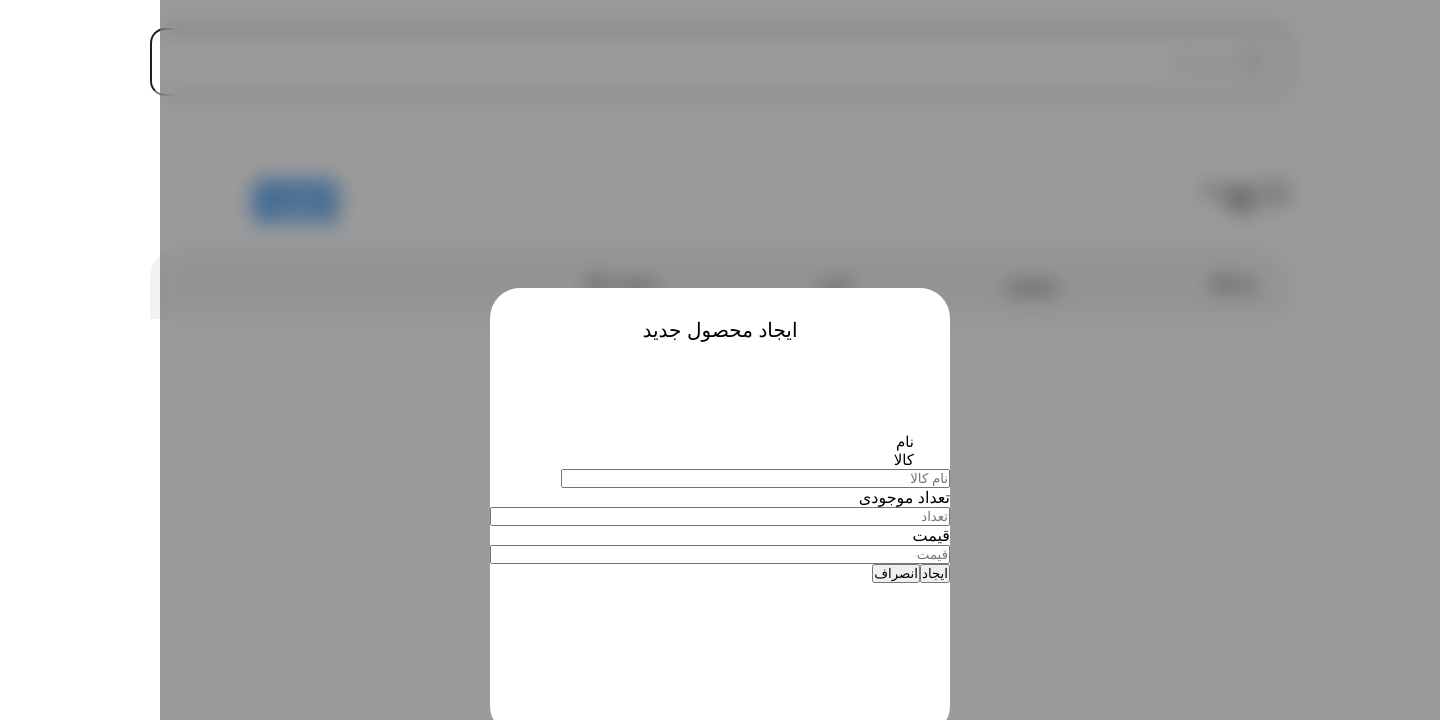
Repository: sobhan-rahimii/project-panel-admin-Next.Js
Page: /dashboard, after clicking the first element matching `button.Dashboard_7644c_addproduct`
These files come from the project's save history. The page is drawn as it stood at one moment and after a run of saves; the edit follows.
The browser window is 1280 px wide. The page is 1440 px wide, so the pictures cover 1440 px, including what lies to the right of the window. The pictures show the whole page.
The page's requests for data from a server got no answer. The project was rebuilt for these pictures with package versions that can differ from the ones it lists, and the page was loaded fresh each time. The framework's server and built-in components were replaced by stand-ins that run in the browser. No one was signed in, and anything a server would have sent is missing. Also part of the build but not shown: next.config.mjs.

Above is the page before, as saved 2025-09-01 15:40:36.

### pages/_app.js
import "@/styles/globals.css";
import { QueryClient, QueryClientProvider, useQueryClient } from "@tanstack/react-query";

export default function App({ Component, pageProps }) {
  const queryclient =  new QueryClient()

  return (
    <QueryClientProvider client={queryclient} >
      <Component {...pageProps} />
    </QueryClientProvider>
  );
}

### pages/_document.js
import { Html, Head, Main, NextScript } from "next/document";

export default function Document() {
  return (
    <Html lang="fa" dir="rtl">
      <Head />
      <body>
        <Main />
        <NextScript />
      </body>
    </Html>
  );
}

### pages/dashboard.js
import { useRouter } from "next/router";
import React, { useState } from "react";
import { useQuery } from "@tanstack/react-query";
import api from "@/services/axios";
import {
  useAddProducts,
  useFetchProducts,
  useSearchProducts,
} from "@/hooks/queries";
import Image from "next/image";
import styles from "../styles/Dashboard.module.css";
import AddProductModal from "@/components/AddProductModal";

function Dashboard() {
  const [search, setSearch] = useState("");
  const [isOpenModal, setIsOpenModal] = useState(false);
  const [form, setForm] = useState({
    name: "",
    price: "",
    quantity: "",
  });

  const { data: products, isLoading: loading } = useSearchProducts(search);
  console.log({ products });

  const { data, isLoading } = useFetchProducts();
  console.log({ data, isLoading });

  const { mutate } = useAddProducts();
  const submitHandler = async (event) => {
    event.preventDefault();

    mutate({
      name: form.name,
      price: form.price,
      quantity: form.quantity,
    });
    setIsOpenModal(false)
  };

  return (
    <>
      <div>
        <input
          placeholder="جستجو کالا"
          className={styles.search}
          type="text"
          value={search}
          onChange={(e) => setSearch(e.target.value)}
        />
        <Image
          className={styles.icon_search}
          src="/search-normal (1).png"
          width={24}
          height={24}
        />
      </div>
      <div className={styles.flex}>
        <Image
          className={styles.icon}
          src="/setting-3.png"
          width={30}
          height={30}
        />
        <h3 className={styles.title}>مدیرت کالا</h3>
        <button
          onClick={() => setIsOpenModal(true)}
          className={styles.addproduct}
        >
          افزودن محصول
        </button>
      </div>
      <div className={styles.createTable}>
        <table className={styles.trr}>
          <tbody>
            <tr>
              <th className={styles.th1}>نام کالا</th>
              <th className={styles.th2}>موجودی</th>
              <th className={styles.th3}>قیمت</th>
              <th className={styles.th4}>شناسه کالا</th>
              <th></th>
            </tr>
          </tbody>
          {(search ? products?.data : data?.data)?.map((p) => (
            <tr className={styles.tr2}>
              <td className={styles.td1}>{p.name}</td>
              <td className={styles.td2}>{p.quantity}</td>
              <td className={styles.td3}>{p.price}</td>
              <td className={styles.td4}>{p.id}</td>
              <div className={styles.flex1}>
                <td>
                  <button className={styles.btnedit}>
                    <Image
                      className={styles.edit}
                      src="/edit.png"
                      width={20}
                      height={20}
                    />
                    <button className={styles.btndel}>
                      <Image src="/trash.png" width={20} height={20} />
                    </button>
                  </button>
                </td>
              </div>
            </tr>
          ))}
        </table>
        <AddProductModal
          isOpenModal={isOpenModal}
          setIsOpenModal={setIsOpenModal}
          form={form}
          setForm={setForm}
          submitHandler={submitHandler}
        />
      </div>
    </>
  );
}

export default Dashboard;

### services/axios.js
import axios from "axios";
import setCookie from "@/utils/cooki";
import {
  parseCookie,
  parseSetCookie,
} from "next/dist/compiled/@edge-runtime/cookies";
import { getCookie } from "./cookie";

const api = axios.create({
  baseURL: process.env.NEXT_PUBLIC_API_BASE_URL,
  headers: {
    "Content-Type": "application/json",
  },
});


api.interceptors.request.use((request)=>{
    const token = getCookie("token")
    if(token){
        request.headers["Authorization"] = `Bearer ${token}`
    }
    return request
},
(error)=>{
    return Promise.reject(error)
})

export default api;

### hooks/queries.js
import api from "@/services/axios";
import { useMutation, useQuery } from "@tanstack/react-query";

const useFetchProducts = () => {
  const fetchProducts = async () => {
    const res = await api.get("products");
    return res.data;
  };
  return useQuery(["products"], fetchProducts, { refetchInterval: 1 * 1000 });
};

const useAddProducts = () => {
  const addProduct = async (newProduct) => {
    const res = await api.post("products", newProduct);
    return res.data;
  };
  return useMutation(addProduct);
};

const useSearchProducts = (name)=>{
    const fetchSearchProducts = async()=>{
        const res = await api.get(`products?name=${name}`)
        return res.data
    }
    return useQuery(["products",name],fetchSearchProducts)

}

export {useFetchProducts,useAddProducts,useSearchProducts}

### styles/Dashboard.module.css
.search {
  width: 1140px;
  height: 68px;
  border-radius: 15px;
  margin-right: 150px;
  margin-left: 150px;
  margin-top: 28px;
  margin-bottom: 41px;
}
.icon_search {
  position: absolute;
  /* left: 1092px; */
  /* right: 22px; */
  right: 174px;
  top: 50px;
  /* padding-top: 22px; */
  /* padding-right: 22px; */
  /* padding-bottom: 22px; */
  /* padding-left: 1092px; */
}
.search::placeholder {
  width: 70px;
  padding-right: 50px;
}
.flex {
  display: flex;
}
.icon {
  margin-right: 150px;
  margin-top: 41px;
  /* margin-left: 6px;/ */
}
.title {
  margin-top: 41px;
  margin-right: 6px;
  margin-left: 862px;
  /* margin-bottom: 24.36px; */
  line-height: 100%;
}
.addproduct {
  margin-left: 150px;
  margin-top: 42px;
  width: 132px;
  height: 45px;
  cursor: pointer;
  background-color: rgba(85, 163, 240, 1);
  color: rgba(255, 255, 255, 1);
  font-weight: 400;
  font-size: 16px;
  text-align: right;
  border: none;
  border-radius: 10px;
  padding-right: 17px;
  padding-left: 17px;
  padding-bottom: 10px;
  padding-top: 10px;
}

.trr {
  width: 1140px;
  height: 70px;
  background-color: rgba(242, 242, 242, 1);
  margin-right: 150px;
  border-top-left-radius: 30px;
  border-top-right-radius: 30px;
  margin-top: 24px;
  margin-left: 150px;
}
.th1 {
  width: 46px;
  padding-right: 32px;
  white-space: nowrap;
  padding-top: 25px;
  padding-bottom: 23px;

}
.th2 {
  padding-right: 150px;
  width: 57px;
  padding-top: 25px;
  padding-bottom: 23px;

}
.th3 {
  padding-right: 150px;
  padding-top: 25px;
  padding-bottom: 23px;

}
.th4 {
  padding-right: 150px;
  padding-left: 428px;
  padding-top: 25px;
  padding-bottom: 23px;

}
.tr2{
    width: 1140px;
    background-color: rgba(255, 255, 255, 1);

}
.td1{
    font-size: 12px;
    font-weight: 400;
    text-align: right;
    white-space: nowrap ;
    padding-right: 52px;
    padding-top:16 ;
    padding-left: 52px;

}
.td2{
    padding-right: 104px;
    padding-top: 18px;
    padding-bottom: 15px;


}
.td3{
    padding-right: 185px;
    white-space: nowrap;
}
.td4{
    padding-right: 122px;

}

.btnedit{
    margin-left:73px ;
  background: none;
  background-color: none;
  border: none;
  padding-top: 18px;
  /* border:  1px solid rgba(74, 222, 128, 1); */
  cursor: pointer;
  /* color: rgba(74, 222, 128, 1); */
  display: flex;
}
.btndel{
 background: none;
 border: none;
 padding-right: 14px;
 cursor: pointer;
}

### components/AddProductModal.js
import { useAddProducts } from "@/hooks/queries";
import React, { useState } from "react";
import styles from "../styles/AddProductModal.module.css"

function AddProductModal({isOpenModal,setIsOpenModal,form,setForm,submitHandler}) {

    if(!isOpenModal) return



  return (
    <>
      <div className={styles.back}>
        <form className={styles.form} onSubmit={submitHandler}>
          <p className={styles.title}>ایجاد محصول جدید</p>
          <label className={styles.label1}>نام کالا</label>
          <input className={styles.input1}  placeholder="نام کالا" />
          <label className={styles.label2}>تعداد موجودی</label>
          <input className={styles.input2} placeholder="تعداد" />
          <label className={styles.lable3}>قیمت</label>
          <input className={styles.input3} placeholder="قیمت" />
          <div>
            <button type="submit">ایجاد</button>
            <button onClick={()=>setIsOpenModal(false)}>انصراف</button>
          </div>
        </form>
      </div>
    </>
  );
}

export default AddProductModal;

### services/cookie.js
const  getCookie = (cookieName)=>{
    return document.cookie
    .split(";")
    .find((token)=>token.trim().split("=")[0]=== cookieName)
    ?.split("=")[1]
}

export{getCookie}

### styles/AddProductModal.module.css
.form{
    position: fixed;
    width: 460px;
    height: 448px;
    background-color: rgba(255, 255, 255, 1);
    display: flex;
    flex-direction: column;
    border-radius: 30px;
    /* align-items: center; */
    /* justify-content: center; */

     top: 288px;
    right: 490px;
    left: 490px;
     bottom: 288px;
}
.back{
    position: fixed;
    top: 0;
    left: 0;
    width: 100%;
    height: 100%;
    background-color: rgba(51, 51, 51, 0.49);
    backdrop-filter: blur(10px);
}
.title{
    text-align: center;
    margin-top: 30px;
    margin-right: 152px;
    margin-left: 152px;
    width: 156px;
    font-weight: 500;
    font-size: 20px;
}
.label1{
    width: 39px;
    margin-right: 36px;
    margin-top: 91px;
    margin-left: 385px;
    font-weight: 500;
    font-size: 15px;
    text-align: right;
}
.input1{
    width: 389px;

}

Loaded but not shown: styles/globals.css (common file); utils/cooki.js (empty)

After the next 2 saves:
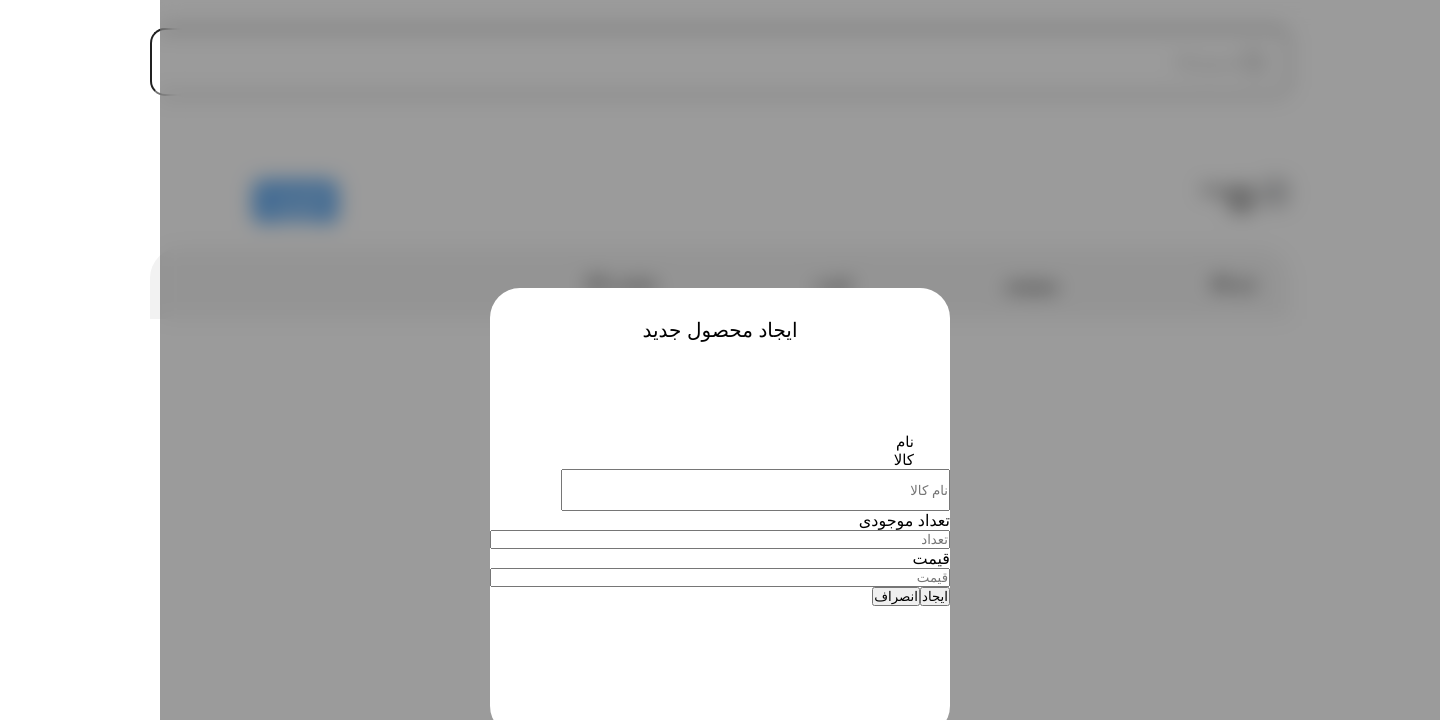
The 2 saves are shown as one change because they came seconds apart.
The last was saved 10 s later.
--- a/styles/AddProductModal.module.css
+++ b/styles/AddProductModal.module.css
@@ -43,5 +43,6 @@
 }
 .input1{
     width: 389px;
+    height: 42px;
 
 }
